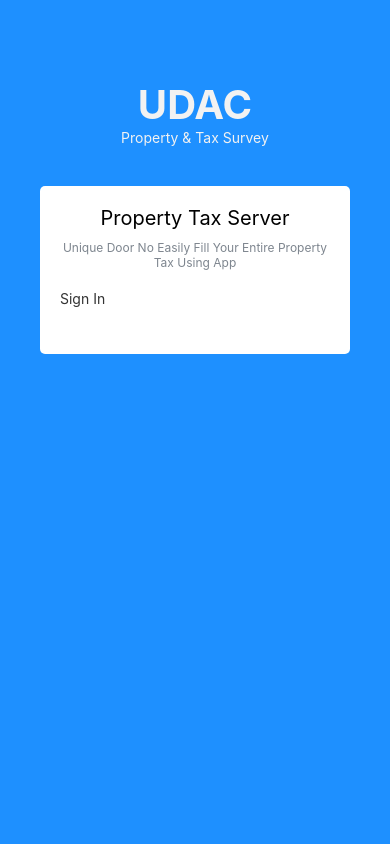
Repository: metalysm/BasicLoginPage
Screen: /
The author's editor kept a copy of each file at every save. The screen is drawn from the files as they stood at one save, then again after the next save.
The app was drawn by React Native's web renderer in a window 390 px wide. The project was rebuilt for these pictures with package versions that can differ from the ones it lists, and the page was loaded fresh each time.

Above is the screen before, as saved 2019-12-05 13:47:02.

### App.js

import React, { Component } from 'react';
import Login from './src/pages/Login';
import { StyleSheet } from 'react-native';

export default class App extends Component {
  render() {
    return (
      <Login />
    );
  }
};



const styles = StyleSheet.create({

});

### src/pages/Login.js

import React, { Component } from 'react';
import {
    StyleSheet,
    View,
    Text,
} from 'react-native';
import LoginForm from '../pages/LoginForm';

export default class Login extends Component {
    render() {
        return (
            <View style={styles.container}>
                <View style={styles.headBackground} />
                <View>
                    <Text style={styles.logo}>UDAC</Text>
                    <Text style={styles.logoDescription}>Property & Tax Survey</Text>
                </View>
                <View style={styles.loginArea}>
                    <Text style={styles.loginAreaTitle}>Property Tax Server</Text>
                    <Text style={styles.loginAreaDesc}>
                        Unique Door No Easily Fill Your Entire Property Tax Using App
                    </Text>
                <LoginForm/>
                </View>
            </View>
        );
    }
};

const styles = StyleSheet.create({
    container: {
        flex: 1,
        backgroundColor: '#F5FCFF',
        paddingVertical: 80
    },
    headBackground: {
        position: 'absolute',
        top: 0,
        left: 0,
        height: '100%',
        width: '100%',
        backgroundColor: '#1e90ff'
    },
    logo: {
        textAlign: 'center',
        fontSize: 40,
        fontWeight: 'bold',
        color: '#f2f2f2'
    },
    logoDescription: {
        textAlign: 'center',
        color: '#f2f2f2',
    },
    loginArea: {
        marginHorizontal: 40,
        marginVertical: 40,
        backgroundColor: '#fff',
        padding: 20,
        borderRadius: 5,
        // SHADOW TANIMLARI SADECE IOS TA VARDIR.
        /* GÖLGELENDİRME
        shadowColor:'black',
        shadowOpacity: .2, //0 ile 1 arasında bir rakam girilir.
        shadowRadius: 3,
        shadowOffset: {
          width: 0,
          height: 2
        }*/
        elevation: 4
    },
    loginAreaTitle: {
        fontSize: 20,
        textAlign: 'center'
    },
    loginAreaDesc: {
        fontSize: 12,
        color: '#7e868f',
        marginVertical: 10,
        textAlign: 'center'
    }
});

### src/pages/LoginForm.js
import React, { Component } from 'react';
import { StyleSheet,Text,View } from 'react-native';
import Input from '../components/Input';

export default class LoginForm extends Component {
  render() {
    return (
      <View>
        <Text style={styles.signInText}>Sign In</Text>
        <Input placeholder="Username"/>
      </View>

    );
  }
};



const styles = StyleSheet.create({
    signInText:{
        marginVertical:10,
        fontSize:14,
        color:'#333'
    }

});

### src/components/Input.js
import React, { Component } from 'react';
import { StyleSheet,TextInput,View } from 'react-native';


export default class Input extends Component {
  render() {
    return (
      <View>
        <TextInput/>

      </View>

    );
  }
};



const styles = StyleSheet.create({


});

After the next save:
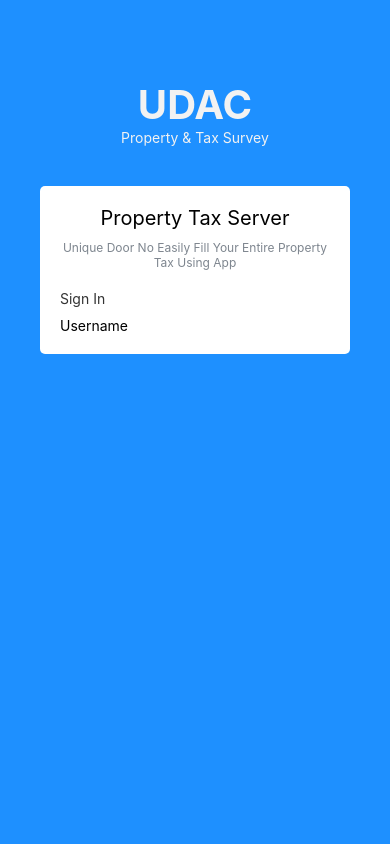
Saved 3 s later.
--- a/src/components/Input.js
+++ b/src/components/Input.js
@@ -6,7 +6,7 @@ export default class Input extends Component {
   render() {
     return (
       <View>
-        <TextInput/>
+        <TextInput {...this.props}/>
 
       </View>
 
